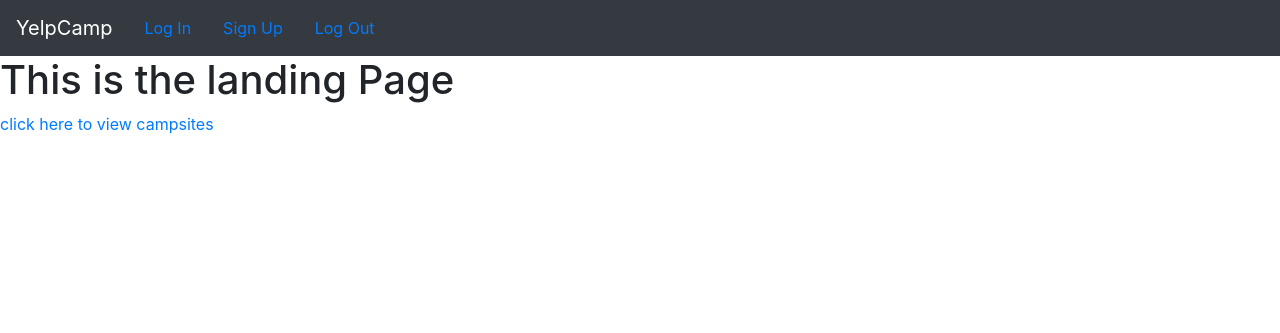
Repository: ritwikjog/Yelp-Camp
Page: http://localhost/
The author's editor kept a record of every edit. The page is drawn from the files as they stood at one moment, then again after the next edit.
The browser window is 1280 px wide. The pictures show the whole page.
Some web libraries are served in a nearby version. The page is served by the project's Node server (v2/app.js).

Above is the page before.

After the next edit:
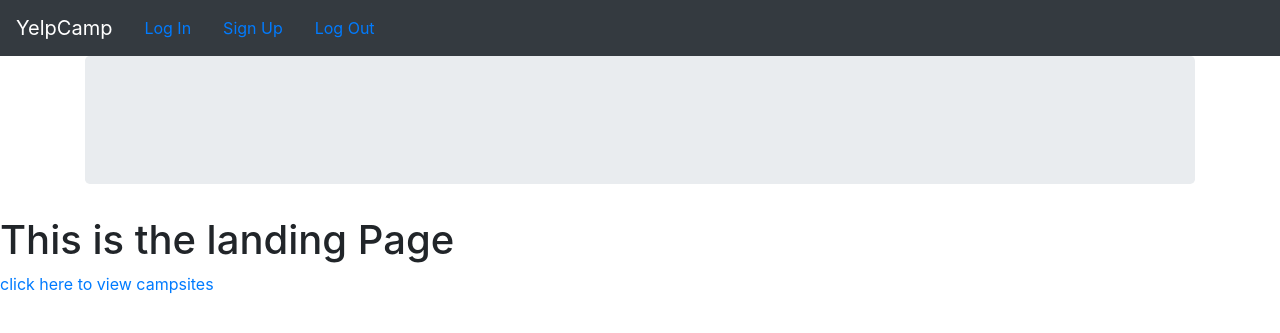
The edit:
--- a/v2/views/landing.ejs
+++ b/v2/views/landing.ejs
@@ -1,5 +1,11 @@
 <% include partials/header %>
 
+<div class="container">
+    <div class="jumbotron">
+
+    </div>
+
+</div>
 <h1>This is the landing Page</h1>
 <a href = "/campsites">click here to view campsites</a>
 
